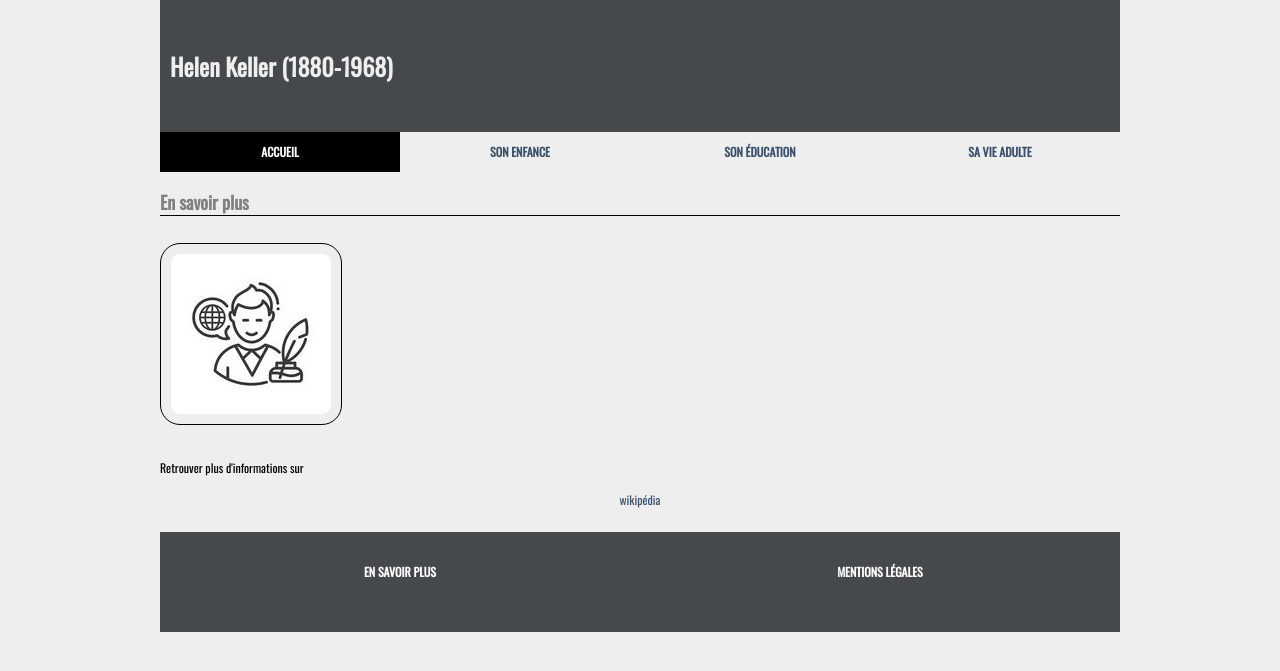
Repository: Luc010/Exercices
Page: HTML CSS/biographie_helen_keller/savoirplus.html
The author's editor kept a copy of each file at every save. The page is drawn from the files as they stood at one save, then again after a run of saves.
The browser window is 1280 px wide. The pictures show the whole page.
The pointer rests on the first visible `a`.

Above is the page before, as saved 2019-09-04 16:56:38.

### HTML CSS/biographie_helen_keller/savoirplus.html
<!DOCTYPE html>
<html lang="fr">
<head>
    <title>Biographie Helen Keller - En savoir plus</title>
    <meta charset="UTF-8">
    <meta name="viewport" content="width=device-width, initial-scale=1.0">
    <meta http-equiv="X-UA-Compatible" content="ie=edge">
    <link href="style.css" rel="stylesheet">
</head>
<body>
    <header>
        <div class="container">
            <h1>Helen Keller (1880-1968)</h1>
        </div>
    </header>
    <nav>
        <ul>
            <li><a href="index.html">Accueil</a></li>
            <li><a href="enfance.html">Son enfance</a></li>
            <li><a href="education.html">Son éducation</a></li>
            <li><a href="adulte.html">Sa vie adulte</a></li>
        </ul>
    </nav>
    <main>
        <div class="container">
            <h2>En savoir plus</h2>
            <p><img src="img/hk8.jpg" alt="icone biographie"></p>
            <p>Retrouver plus d'informations sur <a href="https://fr.wikipedia.org/wiki/Helen_Keller"
                    target="_blank">wikipédia</a></p>
        </div>
    </main>
    <footer>
        <div class="container">
            <!-- ul>li*5>a{lien$} -->
            <ul>
                <li class="m-foot"><a href="savoirplus.html">En savoir plus</a></li>
                <li class="m-foot"><a href="mentions.html">Mentions légales</a></li>
            </ul>
        </div>
    </footer>
</body>
</html>

### HTML CSS/biographie_helen_keller/style.css
@import url('https://fonts.googleapis.com/css?family=Oswald&display=swap');
body{
    margin: 0;
    padding: 0;
    background-color: #eee;
    font-size: 12px;
    font-family: 'Oswald',corbel,calibri,sans-serif;
}
header, footer{
    background-color: #46494c;
    width: 960px;
    min-height: 100px;
    line-height: 100px;
    margin-left: auto;
    margin-right: auto;
}
h1{
    color: #eee;
    text-indent: 10px;
}
h2{
    color: grey;
    border-bottom: 1px solid black;
}
p{
    /* Pourcentage plus simple à gérer, interligne (utilité: bcp de text) */
    line-height:200%;
}
img{
    border: 1px solid black;
    border-radius: 20px;
    padding: 10px;
}
.container {
    display: flex;
    flex-direction: column;
    width: 960px;
    margin-left: auto;
    margin-right: auto;
}
nav {
    min-height: 40px;
    position: sticky;
    top: 0;
    width: 960px;
    margin-left: auto;
    margin-right: auto;
}
ul, li {
    margin: 0;
    padding: 0;
    list-style: none;
}
ul {
    display: flex;
}
li {
    width: 100%;
    margin-bottom: 2px;
    height: 40px;
    font-weight: bold;
    text-transform: uppercase;
}
a {
    color: #3a506b;
    text-decoration: none;
    display: block;
    height: 40px;
    line-height: 40px;
    text-align: center;
    background-color: #eee;
}
a:hover {
    color: white;
    background-color: black;
}
.m-foot{
    margin-top: 20px;
}
.m-foot > a{
    background-color: transparent;
    color: white;
}
.m-foot > a:hover{
    background-color: transparent;
    border-bottom: white 2px solid;
}

After the next 3 saves:
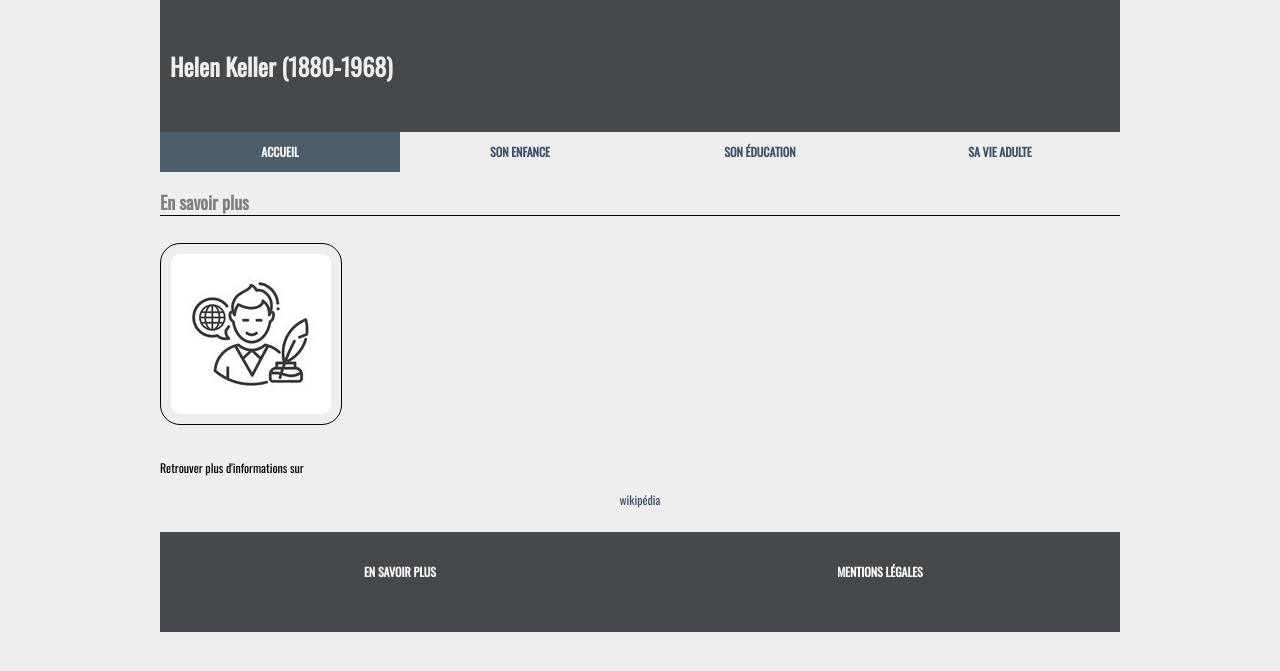
The 3 saves are shown as one change because they came seconds apart.
The last was saved 41 s later.
--- a/HTML CSS/biographie_helen_keller/style.css
+++ b/HTML CSS/biographie_helen_keller/style.css
@@ -72,7 +72,7 @@ a {
 }
 a:hover {
     color: white;
-    background-color: black;
+    background-color: #4c5c68;
 }
 .m-foot{
     margin-top: 20px;
